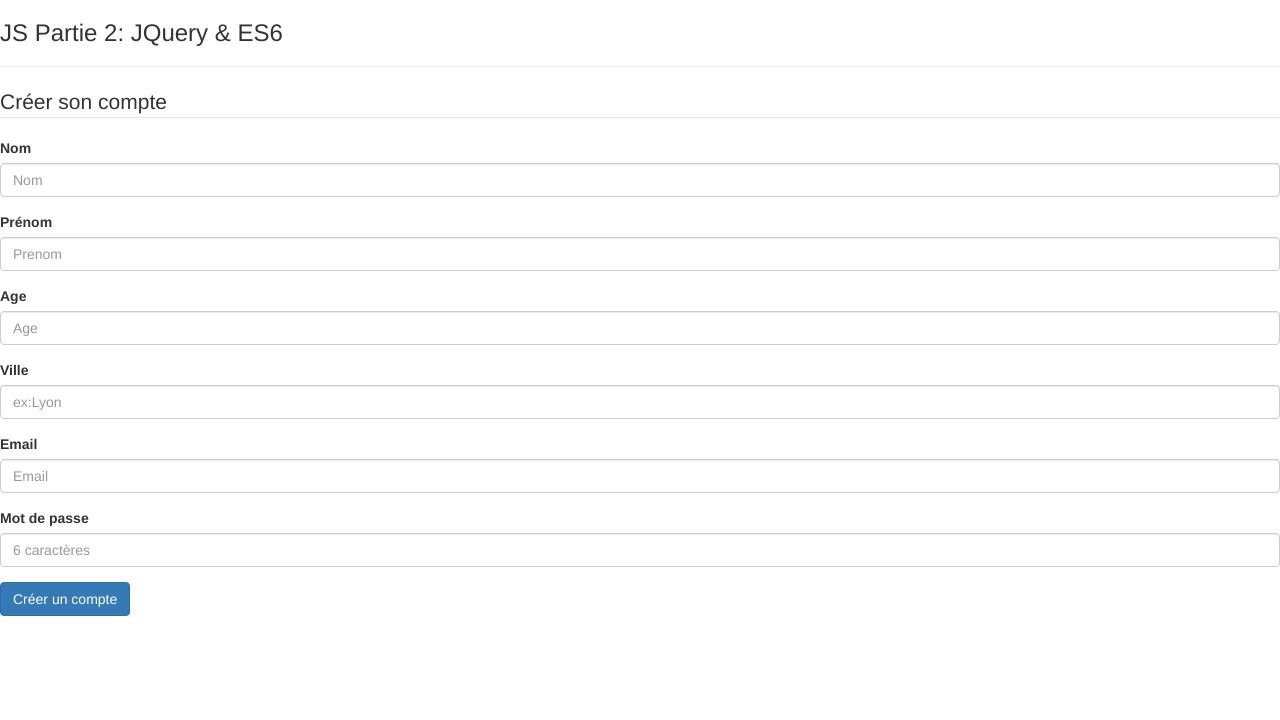
Repository: Symfomany/WildJQueryForm
Page: index.html
An editor plug-in stored every save of this project. The page is shown before and after a run of saves, followed by the edit.
The browser window is 1280 px wide. The pictures show the whole page.

Above is the page before, as saved 2017-03-06 06:55:11.

### index.html
<!DOCTYPE html>
<html lang="en">

<head>
    <title></title>
    <meta charset="UTF-8">
    <meta name="viewport" content="width=device-width, initial-scale=1">
    <!-- Latest compiled and minified CSS & JS -->
    <link rel="stylesheet" media="screen" href="http://netdna.bootstrapcdn.com/bootstrap/3.3.4/css/bootstrap.min.css">

</head>

<body>

    <h3>JS Partie 2: JQuery & ES6</h3>
    <hr />


    <form action="" method="POST" role="form">
        <legend>Créer son compte</legend>

        <div class="form-group">
            <label for="">Nom</label>
            <input type="text" class="form-control" id="nom" placeholder="Nom">
        </div>

        <div class="form-group">
            <label for="">Prénom</label>
            <input type="text" class="form-control" id="prenom" placeholder="Prenom">
        </div>

        <div class="form-group">
            <label for="">Age</label>
            <input type="text" class="form-control" id="age" placeholder="Age">
        </div>

        <div class="form-group">
            <label for="">Ville</label>
            <input type="text" class="form-control" id="ville" placeholder="ex:Lyon">
        </div>

        <div class="form-group">
            <label for="">Email</label>
            <input type="email" class="form-control" id="email" placeholder="Email">
        </div>

        <div class="form-group">
            <label for="">Mot de passe</label>
            <input type="password" class="form-control" id="password" placeholder="6 caractères">
        </div>
        <button type="submit" class="btn btn-primary">Créer un compte</button>
    </form>



    <script src="http://code.jquery.com/jquery.js"></script>
    <script src="http://netdna.bootstrapcdn.com/bootstrap/3.3.4/js/bootstrap.min.js"></script>

</body>

</html>

After the next 2 saves:
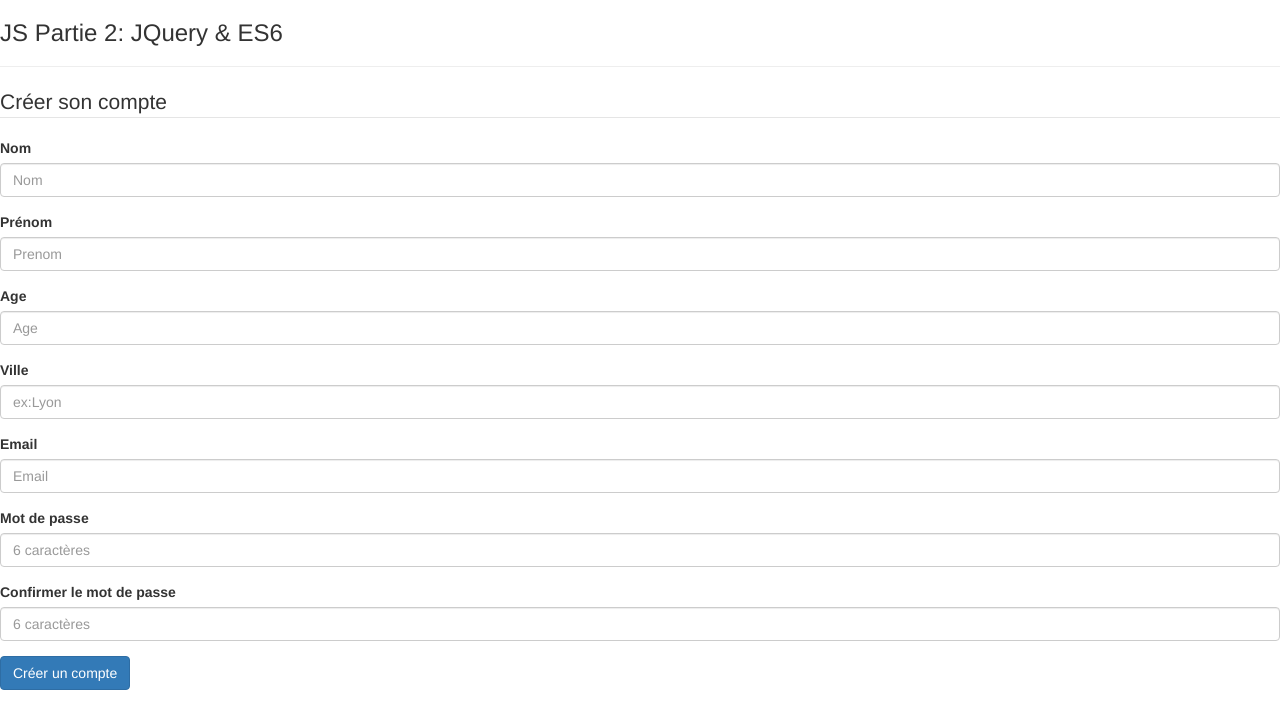
The 2 saves are shown as one change because they came seconds apart.
The last was saved 20 s later.
--- a/index.html
+++ b/index.html
@@ -48,6 +48,12 @@
             <label for="">Mot de passe</label>
             <input type="password" class="form-control" id="password" placeholder="6 caractères">
         </div>
+
+        <div class="form-group">
+            <label for="">Confirmer le mot de passe</label>
+            <input type="password" class="form-control" id="password" placeholder="6 caractères">
+        </div>
+
         <button type="submit" class="btn btn-primary">Créer un compte</button>
     </form>
 
